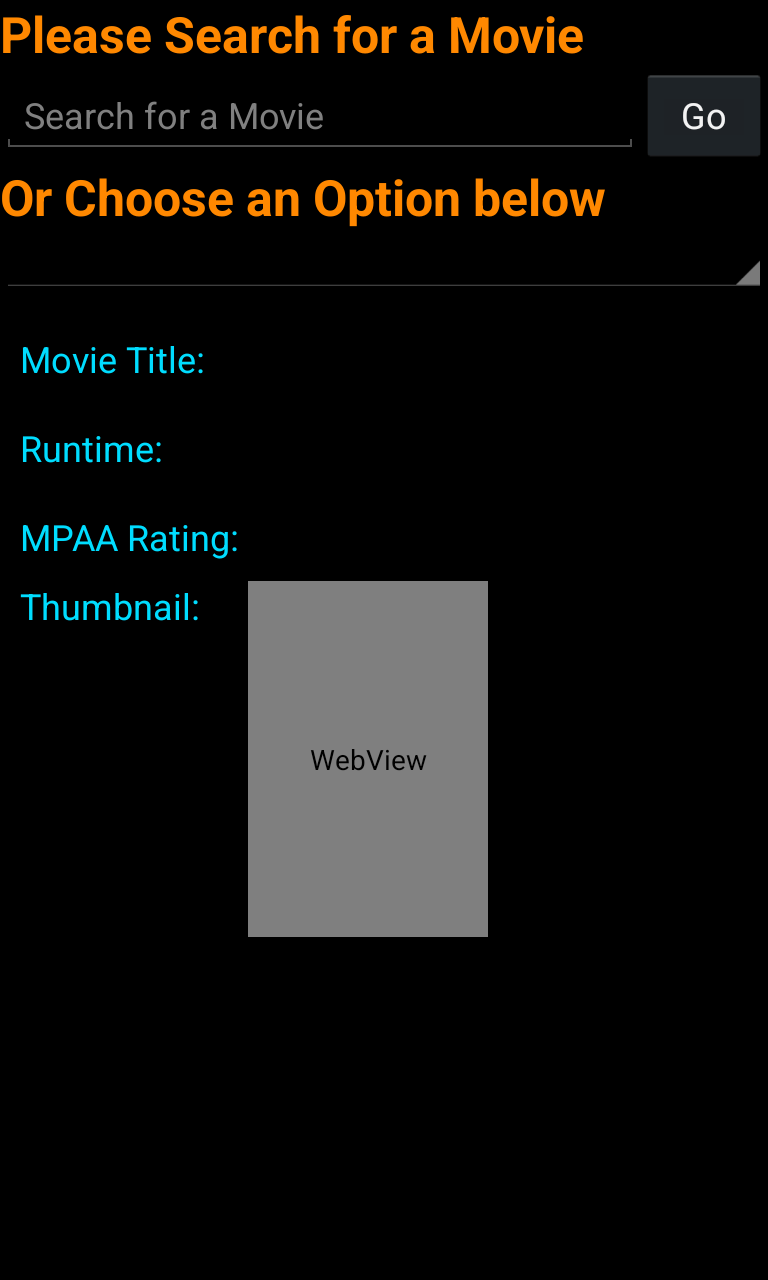
Repository: mikesmithjr/Java1
Layout: Week 4/MovieListing/res/layout/form.xml
An editor plug-in stored every save of this project. The layout is shown before and after the next save, followed by the edit.
Pictures or frames that could not be fetched are drawn as grey boxes. It is drawn on a 768 x 1280 px phone screen (xhdpi) without system bars, with theme AppTheme; the app's code is not run.

Above is the layout before, as saved 2013-08-01 07:01:59.

After the next save:
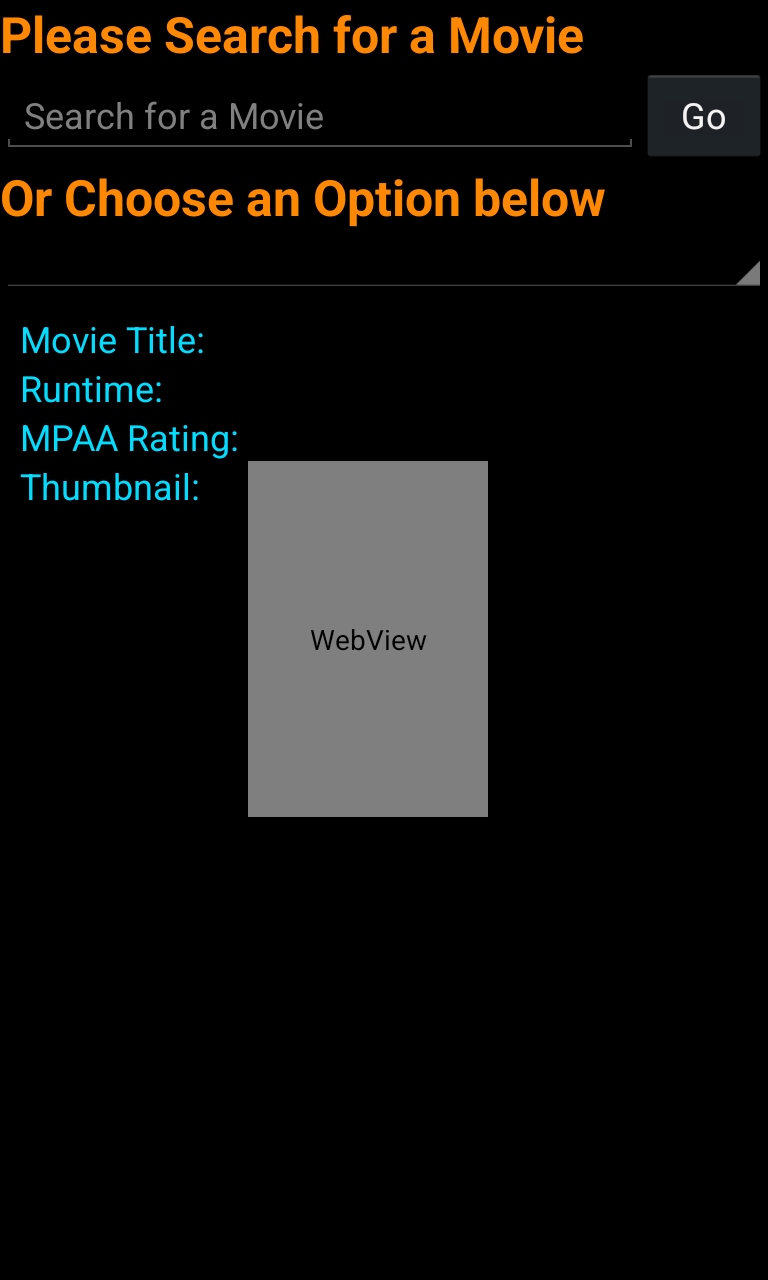
Saved 11 s later.
--- a/Week 4/MovieListing/res/values/styles.xml
+++ b/Week 4/MovieListing/res/values/styles.xml
@@ -10,7 +10,7 @@
             <item name= "android:textStyle">normal</item>
             <item name= "android:textColor">@android:color/holo_green_light</item>
             <item name= "android:textSize">18dp</item>
-            <item name= "android:padding">10dip</item>
+            <item name= "android:paddingLeft">10dip</item>
         </style>
         <style name= "InfoLabel">
             <item name= "android:textStyle">bold</item>
